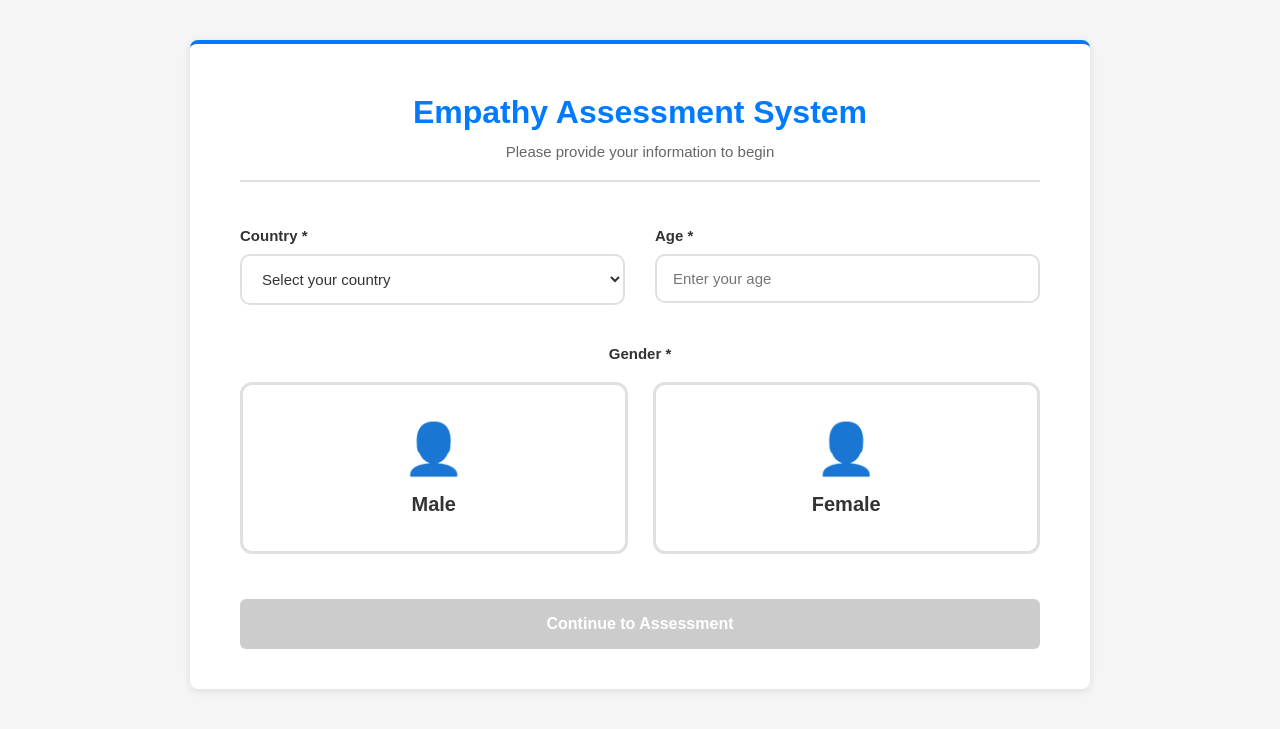
Repository: Matsuyou-Wang/MPES-system
Page: selection.html
An editor plug-in stored every save of this project. The page is shown before and after the next save, followed by the edit.
The browser window is 1280 px wide. The pictures show the whole page.

Above is the page before, as saved 2025-11-25 12:54:08.

### selection.html
<!DOCTYPE html>
<html lang="en">
<head>
    <meta charset="UTF-8">
    <meta name="viewport" content="width=device-width, initial-scale=1.0">
    <title>Empathy Assessment System</title>
    <style>
        * {
            margin: 0;
            padding: 0;
            box-sizing: border-box;
        }

        body {
            font-family: 'Microsoft YaHei', 'Arial', sans-serif;
            background-color: #f5f5f5;
            min-height: 100vh;
            display: flex;
            justify-content: center;
            align-items: center;
            padding: 40px 20px;
        }

        .selection-container {
            background: white;
            border-radius: 8px;
            box-shadow: 0 2px 8px rgba(0, 0, 0, 0.1);
            max-width: 900px;
            width: 100%;
            padding: 50px 50px 40px;
            border-top: 4px solid #007bff;
        }

        .header {
            text-align: center;
            margin-bottom: 45px;
            padding-bottom: 20px;
            border-bottom: 2px solid #e0e0e0;
        }

        .header h1 {
            color: #007bff;
            font-size: 32px;
            font-weight: 600;
            margin-bottom: 12px;
        }

        .header p {
            color: #666;
            font-size: 15px;
        }

        .form-grid {
            display: grid;
            grid-template-columns: 1fr 1fr;
            gap: 30px;
            margin-bottom: 40px;
        }

        .form-section {
            display: flex;
            flex-direction: column;
        }

        .form-section label {
            color: #333;
            font-size: 15px;
            font-weight: 600;
            margin-bottom: 10px;
        }

        .form-section select,
        .form-section input {
            width: 100%;
            padding: 14px 16px;
            font-size: 15px;
            border: 2px solid #e0e0e0;
            border-radius: 10px;
            background: white;
            color: #333;
            transition: all 0.3s ease;
        }

        .form-section select {
            cursor: pointer;
        }

        .form-section select:hover,
        .form-section input:hover {
            border-color: #007bff;
        }

        .form-section select:focus,
        .form-section input:focus {
            outline: none;
            border-color: #007bff;
            box-shadow: 0 0 0 3px rgba(0, 123, 255, 0.1);
        }

        .form-section input[type="number"]::-webkit-inner-spin-button,
        .form-section input[type="number"]::-webkit-outer-spin-button {
            -webkit-appearance: none;
            margin: 0;
        }

        .form-section input[type="number"] {
            -moz-appearance: textfield;
        }

        .gender-section {
            margin-bottom: 35px;
        }

        .gender-section h3 {
            color: #333;
            font-size: 15px;
            font-weight: 600;
            margin-bottom: 20px;
            text-align: center;
        }

        .gender-options {
            display: grid;
            grid-template-columns: 1fr 1fr;
            gap: 25px;
        }

        .gender-option {
            padding: 35px 25px;
            border-radius: 12px;
            text-align: center;
            cursor: pointer;
            transition: all 0.3s ease;
            border: 3px solid #e0e0e0;
            background: white;
            position: relative;
        }

        .gender-option:hover {
            transform: translateY(-4px);
            box-shadow: 0 4px 12px rgba(0, 123, 255, 0.2);
            border-color: #007bff;
        }

        .gender-option.selected {
            border-color: #007bff;
            background: #e3f2fd;
        }

        .gender-icon {
            font-size: 50px;
            margin-bottom: 15px;
            display: block;
        }

        .gender-title {
            font-size: 20px;
            font-weight: 600;
            color: #333;
        }

        .continue-btn {
            width: 100%;
            padding: 16px;
            background: #007bff;
            color: white;
            border: none;
            border-radius: 6px;
            font-size: 16px;
            font-weight: 600;
            cursor: pointer;
            transition: all 0.3s ease;
            margin-top: 10px;
        }

        .continue-btn:hover:not(:disabled) {
            background: #0056b3;
            box-shadow: 0 4px 8px rgba(0, 123, 255, 0.3);
        }

        .continue-btn:disabled {
            background: #ccc;
            cursor: not-allowed;
            transform: none;
        }

        .error-message {
            color: #f44336;
            font-size: 13px;
            margin-top: 6px;
            display: none;
        }

        .error-message.show {
            display: block;
        }

        @media (max-width: 768px) {
            .form-grid {
                grid-template-columns: 1fr;
                gap: 20px;
            }

            .gender-options {
                grid-template-columns: 1fr;
            }

            .selection-container {
                padding: 40px 30px;
            }
        }
    </style>
</head>
<body>
    <div class="selection-container">
        <div class="header">
            <h1>Empathy Assessment System</h1>
            <p>Please provide your information to begin</p>
        </div>

        <form id="selectionForm">
            <div class="form-grid">
                <div class="form-section">
                    <label for="country">Country *</label>
                    <select id="country" name="country" required>
                        <option value="">Select your country</option>
                        <option value="United States">United States</option>
                        <option value="United Kingdom">United Kingdom</option>
                        <option value="Canada">Canada</option>
                        <option value="Australia">Australia</option>
                        <option value="Germany">Germany</option>
                        <option value="France">France</option>
                        <option value="Italy">Italy</option>
                        <option value="Spain">Spain</option>
                        <option value="Netherlands">Netherlands</option>
                        <option value="Belgium">Belgium</option>
                        <option value="Switzerland">Switzerland</option>
                        <option value="Austria">Austria</option>
                        <option value="Sweden">Sweden</option>
                        <option value="Norway">Norway</option>
                        <option value="Denmark">Denmark</option>
                        <option value="Finland">Finland</option>
                        <option value="Poland">Poland</option>
                        <option value="Portugal">Portugal</option>
                        <option value="Greece">Greece</option>
                        <option value="Ireland">Ireland</option>
                        <option value="Japan">Japan</option>
                        <option value="South Korea">South Korea</option>
                        <option value="Singapore">Singapore</option>
                        <option value="Malaysia">Malaysia</option>
                        <option value="Thailand">Thailand</option>
                        <option value="Vietnam">Vietnam</option>
                        <option value="Philippines">Philippines</option>
                        <option value="Indonesia">Indonesia</option>
                        <option value="India">India</option>
                        <option value="Brazil">Brazil</option>
                        <option value="Mexico">Mexico</option>
                        <option value="Argentina">Argentina</option>
                        <option value="Chile">Chile</option>
                        <option value="Colombia">Colombia</option>
                        <option value="Peru">Peru</option>
                        <option value="South Africa">South Africa</option>
                        <option value="Egypt">Egypt</option>
                        <option value="Turkey">Turkey</option>
                        <option value="Russia">Russia</option>
                        <option value="Ukraine">Ukraine</option>
                        <option value="Czech Republic">Czech Republic</option>
                        <option value="Hungary">Hungary</option>
                        <option value="Romania">Romania</option>
                        <option value="Bulgaria">Bulgaria</option>
                        <option value="Croatia">Croatia</option>
                        <option value="New Zealand">New Zealand</option>
                        <option value="Israel">Israel</option>
                        <option value="Saudi Arabia">Saudi Arabia</option>
                        <option value="UAE">United Arab Emirates</option>
                        <option value="Other">Other</option>
                    </select>
                </div>

                <div class="form-section">
                    <label for="age">Age *</label>
                    <input type="number" id="age" name="age" min="18" max="120" placeholder="Enter your age" required>
                    <span class="error-message" id="ageError">Age must be between 18 and 120</span>
                </div>
            </div>

            <div class="gender-section">
                <h3>Gender *</h3>
                <div class="gender-options">
                    <div class="gender-option" id="maleOption" data-gender="male">
                        <span class="gender-icon">👤</span>
                        <div class="gender-title">Male</div>
                    </div>

                    <div class="gender-option" id="femaleOption" data-gender="female">
                        <span class="gender-icon">👤</span>
                        <div class="gender-title">Female</div>
                    </div>
                </div>
            </div>

            <button type="submit" class="continue-btn" id="continueBtn" disabled>Continue to Assessment</button>
        </form>
    </div>

    <script>
        const countrySelect = document.getElementById('country');
        const ageInput = document.getElementById('age');
        const ageError = document.getElementById('ageError');
        const maleOption = document.getElementById('maleOption');
        const femaleOption = document.getElementById('femaleOption');
        const continueBtn = document.getElementById('continueBtn');
        const form = document.getElementById('selectionForm');

        let selectedGender = '';

        // Validate age
        function validateAge() {
            const age = parseInt(ageInput.value);
            if (ageInput.value && (age < 18 || age > 120)) {
                ageError.classList.add('show');
                ageInput.style.borderColor = '#f44336';
                return false;
            } else {
                ageError.classList.remove('show');
                ageInput.style.borderColor = '#e0e0e0';
                return true;
            }
        }

        // Check if form is complete
        function checkFormCompletion() {
            const countryValid = countrySelect.value !== '';
            const ageValid = ageInput.value !== '' && validateAge();
            const genderValid = selectedGender !== '';

            if (countryValid && ageValid && genderValid) {
                continueBtn.disabled = false;
            } else {
                continueBtn.disabled = true;
            }
        }

        // Gender selection
        maleOption.addEventListener('click', function() {
            selectedGender = 'male';
            maleOption.classList.add('selected');
            femaleOption.classList.remove('selected');
            checkFormCompletion();
        });

        femaleOption.addEventListener('click', function() {
            selectedGender = 'female';
            femaleOption.classList.add('selected');
            maleOption.classList.remove('selected');
            checkFormCompletion();
        });

        // Form field listeners
        countrySelect.addEventListener('change', checkFormCompletion);

        ageInput.addEventListener('input', function() {
            validateAge();
            checkFormCompletion();
        });

        ageInput.addEventListener('blur', validateAge);

        // Form submission
        form.addEventListener('submit', function(e) {
            e.preventDefault();

            if (!validateAge()) {
                return;
            }

            // Save user info to localStorage
            const userInfo = {
                country: countrySelect.value,
                age: ageInput.value,
                gender: selectedGender,
                timestamp: new Date().toISOString()
            };

            localStorage.setItem('userInfo', JSON.stringify(userInfo));
            localStorage.setItem('selectedGender', selectedGender);

            // Redirect to annotation interface
            window.location.href = 'annotation.html?gender=' + selectedGender;
        });
    </script>
</body>
</html>

After the next save:
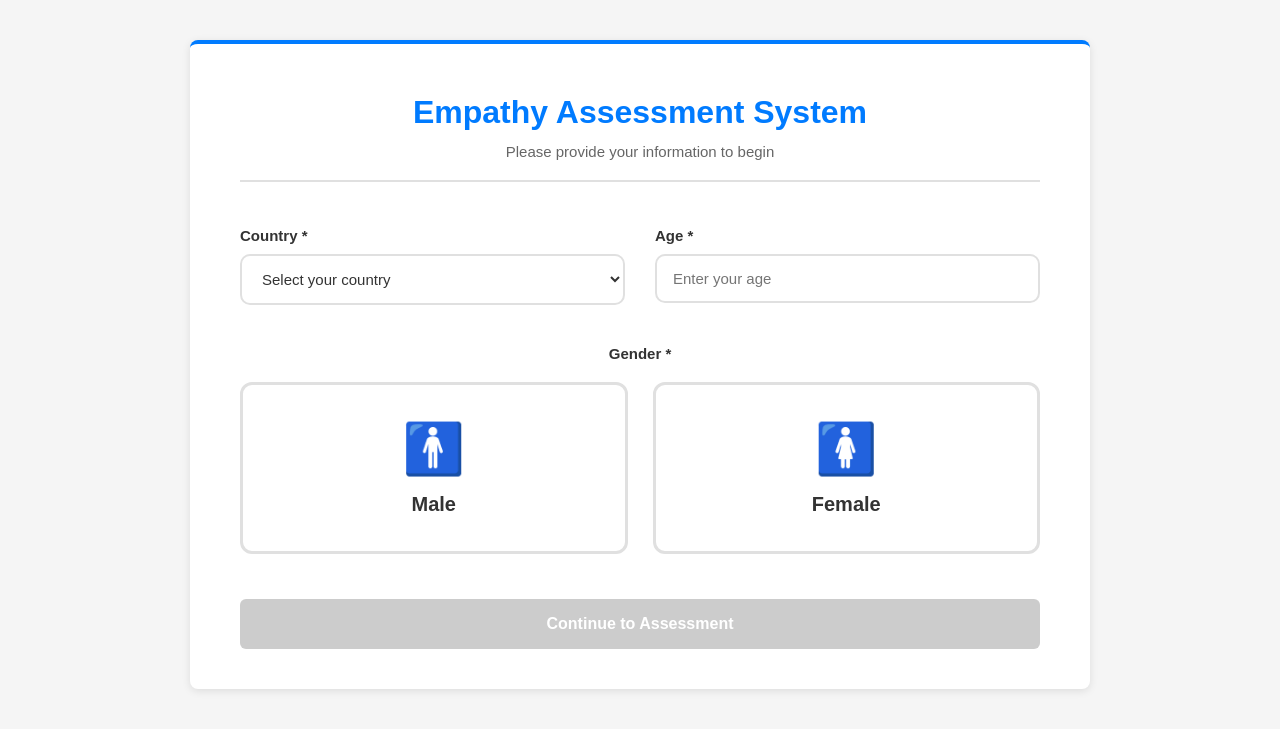
Saved 30 s later.
--- a/selection.html
+++ b/selection.html
@@ -288,12 +288,12 @@
                 <h3>Gender *</h3>
                 <div class="gender-options">
                     <div class="gender-option" id="maleOption" data-gender="male">
-                        <span class="gender-icon">👤</span>
+                        <span class="gender-icon">🚹</span>
                         <div class="gender-title">Male</div>
                     </div>
 
                     <div class="gender-option" id="femaleOption" data-gender="female">
-                        <span class="gender-icon">👤</span>
+                        <span class="gender-icon">🚺</span>
                         <div class="gender-title">Female</div>
                     </div>
                 </div>
